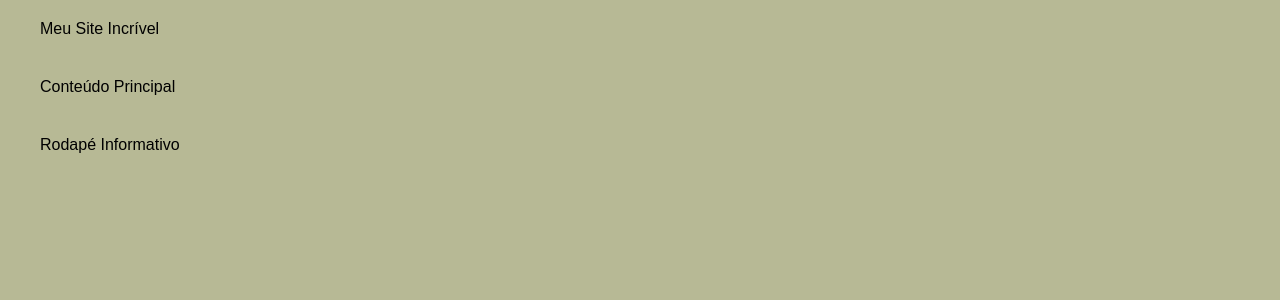
Repository: douglasabnovato/model-lp
Page: index.html
An editor plug-in stored every save of this project. The page is shown before and after the next save, followed by the edit.
The browser window is 1280 px wide. The pictures show the whole page.

Above is the page before, as saved 2025-02-24 16:40:03.

### index.html
<!DOCTYPE html>
<html lang="pt-br">
<head>
  <meta charset="UTF-8">
  <meta name="viewport" content="width=device-width, initial-scale=1.0">
  <title>Filmes Épicos</title>
  <link rel="stylesheet" type="text/css" href="./style.css" />
</head>
<body>
  <header>Meu Site Incrível</header>
  <main>Conteúdo Principal</main>
  <footer>Rodapé Informativo</footer>
</body>
</html>

### style.css
/* Estilos base para mobile */
body {
  font-family: Arial, sans-serif;
  margin: 0;
  background-color: #65691c77;
}

header,
main,
footer {
  padding: 20px;
}

/* Media Query para telas maiores */
@media (min-width: 768px) {
  body {
    background-color: #65691c77;
  }

  header,
  main,
  footer {
    max-width: 1200px;
    margin: 0 auto;
  }
}

After the next save:
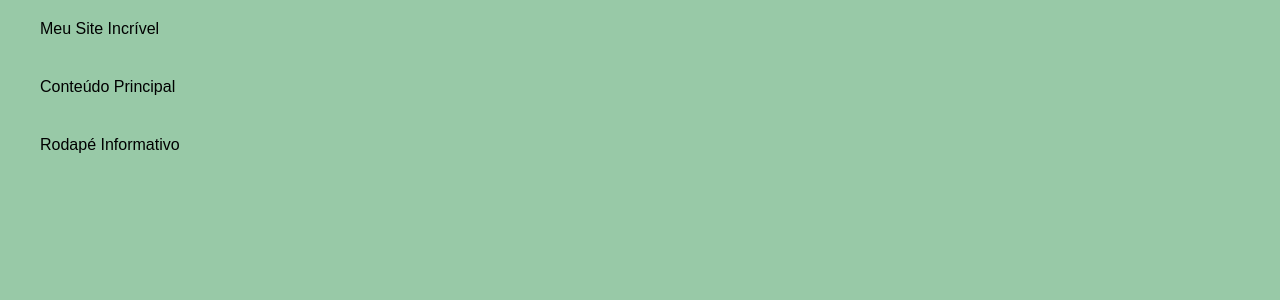
Saved 11 s later.
--- a/style.css
+++ b/style.css
@@ -14,7 +14,7 @@ footer {
 /* Media Query para telas maiores */
 @media (min-width: 768px) {
   body {
-    background-color: #65691c77;
+    background-color: #238d4377;
   }
 
   header,
